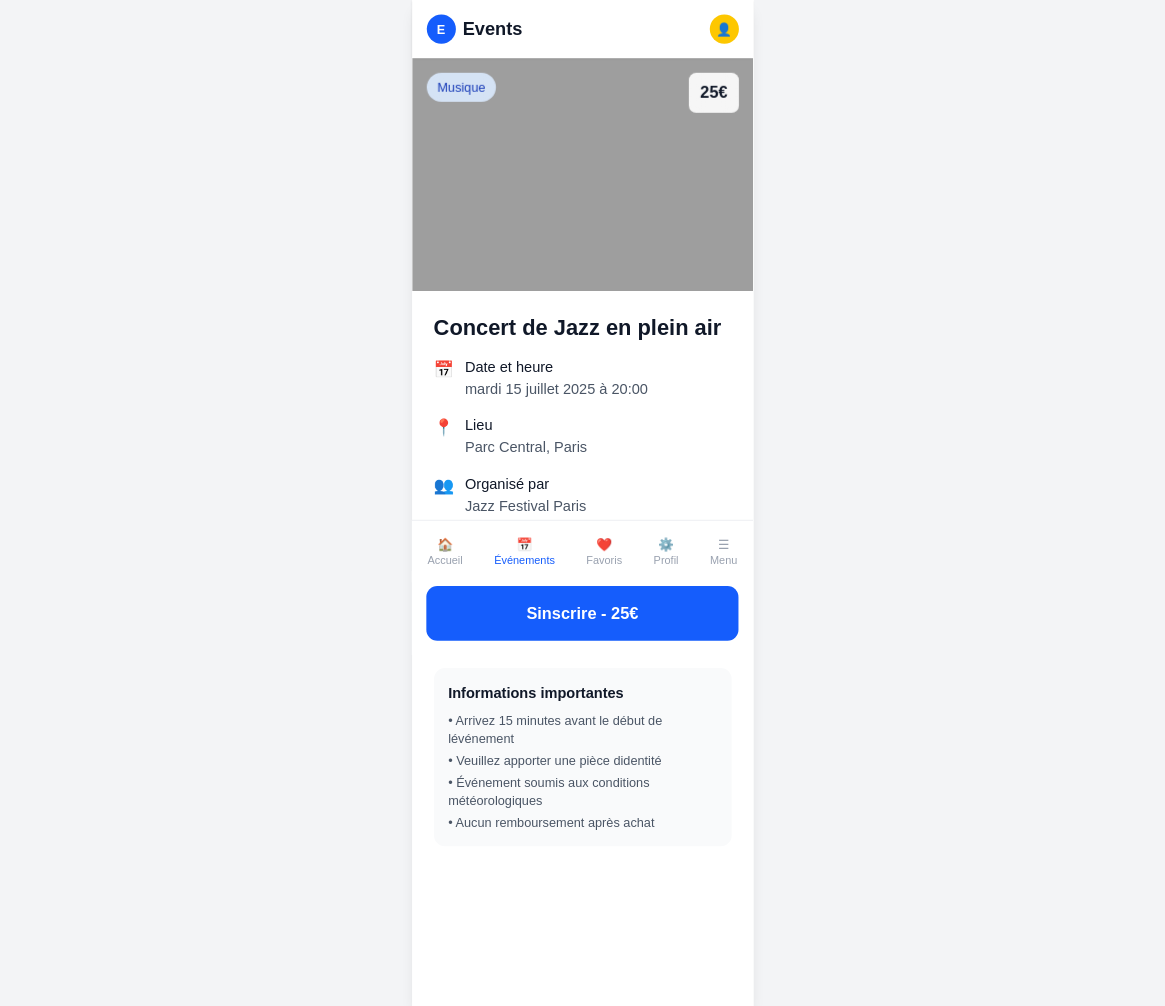
Repository: prince-dev41/pwa
Page: /events/1
An editor plug-in stored every save of this project. The page is shown before and after the next save, followed by the edit.
The browser window is 1280 px wide. The pictures show the whole page, at 91% of full size.
Pictures or frames that could not be fetched are drawn as grey boxes. The project was rebuilt for these pictures with package versions that can differ from the ones it lists, and the page was loaded fresh each time. The framework's server and built-in components were replaced by stand-ins that run in the browser. Also part of the build but not shown: next.config.mjs.

Above is the page before, as saved 2025-06-27 09:35:52.

After the next save:
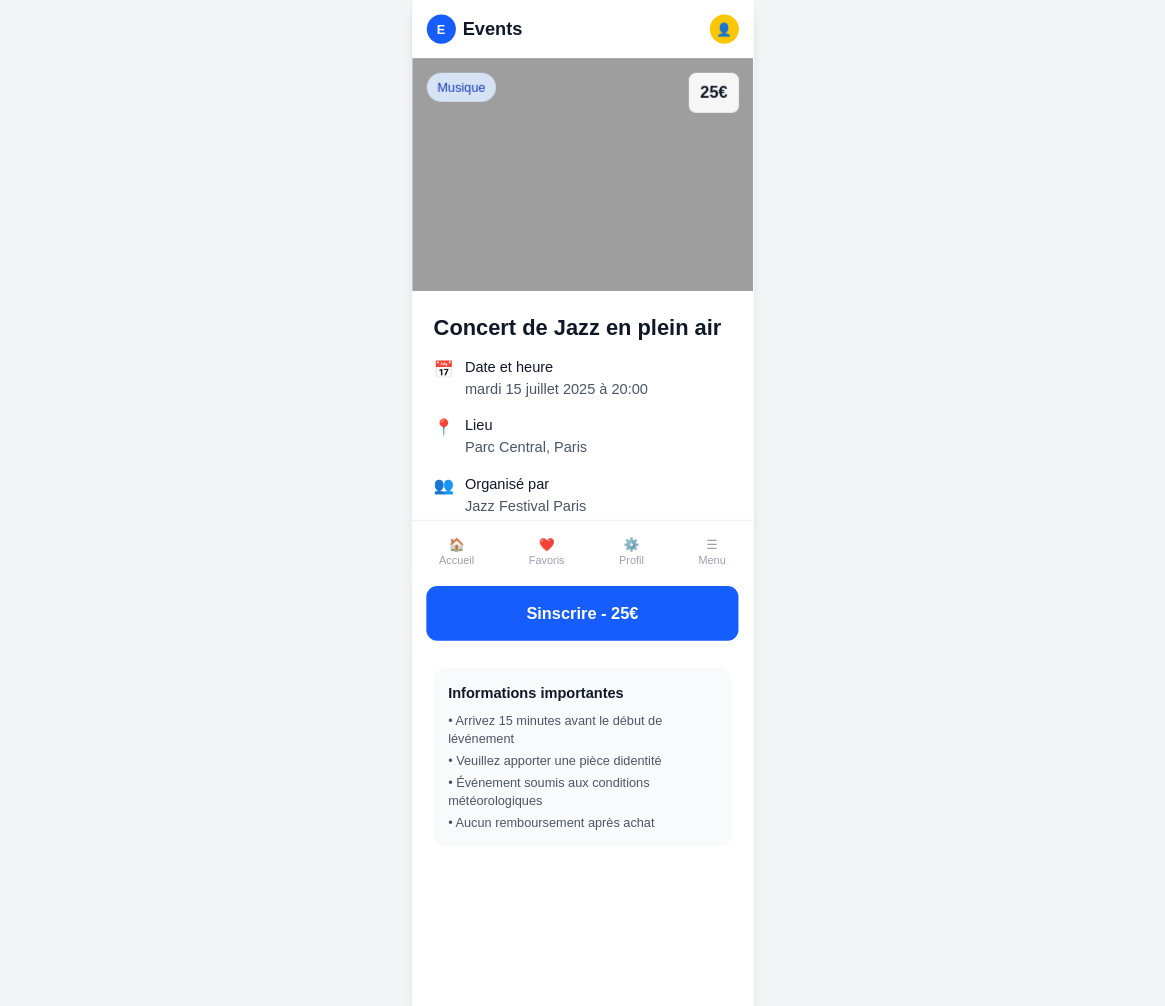
Saved 6 s later.
--- a/app/events/[id]/page.js
+++ b/app/events/[id]/page.js
@@ -193,10 +193,6 @@ export default async function EventDetailPage({params}) {
             <span className="text-gray-400 text-sm">🏠</span>
             <span className="text-xs text-gray-400">Accueil</span>
           </Link>
-          <Link href="/events" className="flex flex-col items-center py-2 px-3">
-            <span className="text-blue-600 text-sm">📅</span>
-            <span className="text-xs text-blue-600 font-medium">Événements</span>
-          </Link>
           <Link href="/favorites" className="flex flex-col items-center py-2 px-3 relative">
             <span className="text-gray-400 text-sm">❤️</span>
             <span className="text-xs text-gray-400">Favoris</span>
